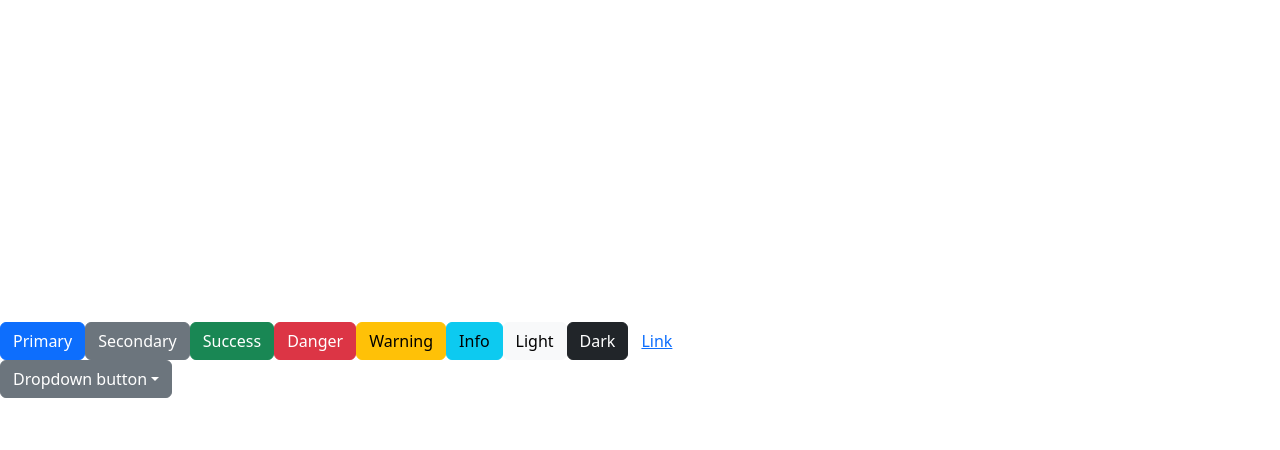
Repository: Abhilash2909/NewsWeb
Page: /
The author's editor kept a copy of each file at every save. The page is drawn from the files as they stood at one save, then again after the next save.
The browser window is 1280 px wide. The pictures show the whole page.
The project was rebuilt for these pictures with package versions that can differ from the ones it lists, and the page was loaded fresh each time. Also part of the build but not shown: vite.config.js.

Above is the page before, as saved 2024-05-21 19:16:38.

After the next save:
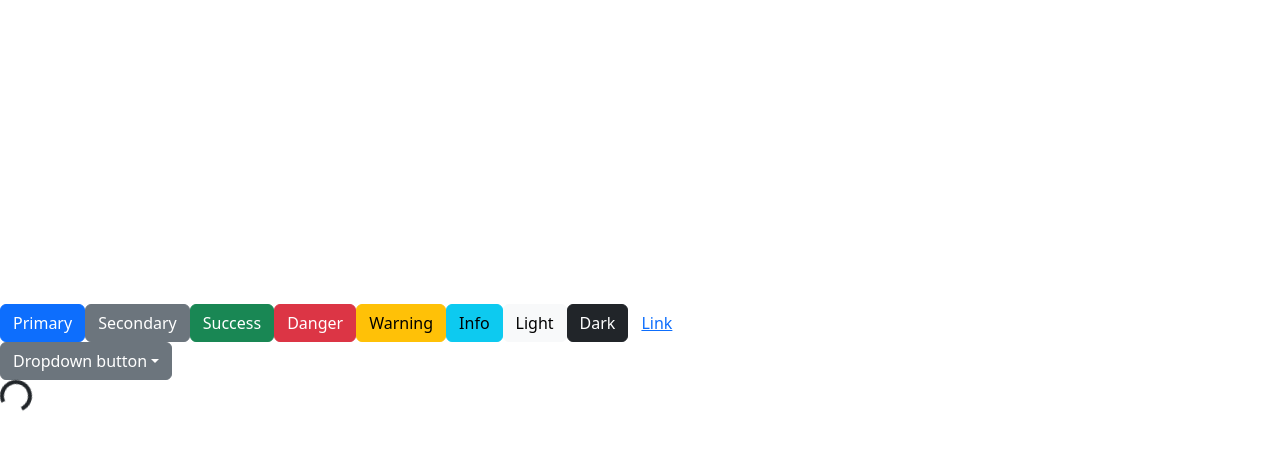
Saved 115 s later.
--- a/src/App.jsx
+++ b/src/App.jsx
@@ -23,7 +23,9 @@
           <li><a className="dropdown-item" href="#">Something else here</a></li>
         </ul>
       </div>
-
+      <div className="spinner-border" role="status">
+        <span className="visually-hidden">Loading...</span>
+      </div>
     </div>
   )
 }
